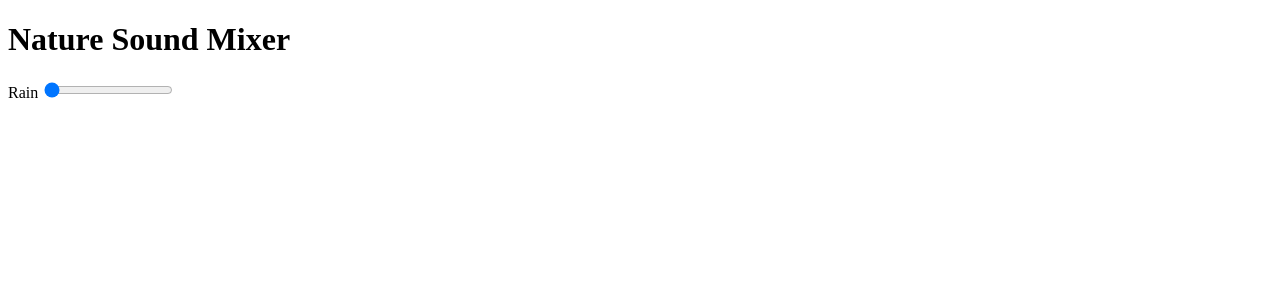
Repository: Suonii/nature-sound-mixer
Page: index.html
These files come from the project's save history. The page is drawn as it stood at one moment and after a run of saves; the edit follows.
The browser window is 1280 px wide. The pictures show the whole page.

Above is the page before, as saved 2024-07-24 09:31:51.

### index.html
<!DOCTYPE html>
<!-- Declares the document type and version of HTML-->
<html lang="en">
<!-- Sets the language attribute to english-->
<head>
    <!--sets the character encoding for the document UTF-8-->
    <meta charset="UTF=8">
    <!--ensures the page is responsive to different screen sizes and sets the viewport(the visible area of a webpage)-->
    <meta name="viewport" content="width=device-width, initial-scale=1.0">
    <!--the title of the webpage, displayed in the browser tab-->
    <title>Nature Sound Mixer</title>
    <!--links to the external css file for styling the webpage-->
    <link rel="stylesheet" href="styles.css">

</head>
<body>
    <!--The main container for te content of the web page-->
    <div class="container">
        <!--header title for the nature sound mixer-->
        <h1>Nature Sound Mixer</h1>

        <!--sound control section for rain sound-->
        <div class="sound control" id="rain">
            <!--label for the rain volume slider-->
            <label for="rain-slider">Rain</label>
            <!--Range input slider for controlling rain sound volume-->
            <input type="range" min="0" max="1" step="0.01" value="0" class="volume-slider" id="rain-slider">
    </div>

    <!--sound control section for forest sound-->
    <div class="sound-control" id="forest">
        <!--label for the forest volume slider-->
        <label for="forest-slider"

    </div>
</body>

Loaded but not shown: styles.css (no copy from this time; the picture is the same without it)

After the next 3 saves:
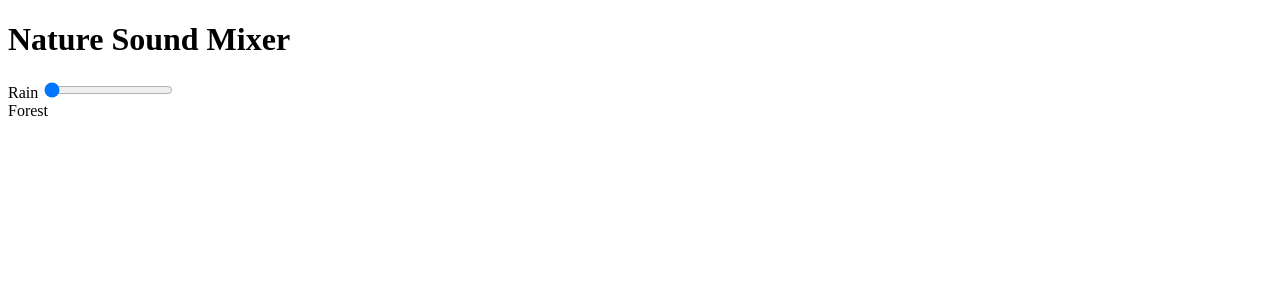
The 3 saves are shown as one change because they came seconds apart.
The last was saved 12 s later.
--- a/index.html
+++ b/index.html
@@ -30,7 +30,8 @@
     <!--sound control section for forest sound-->
     <div class="sound-control" id="forest">
         <!--label for the forest volume slider-->
-        <label for="forest-slider"
+        <label for="forest-slider">Forest</label>
+
 
     </div>
 </body>
